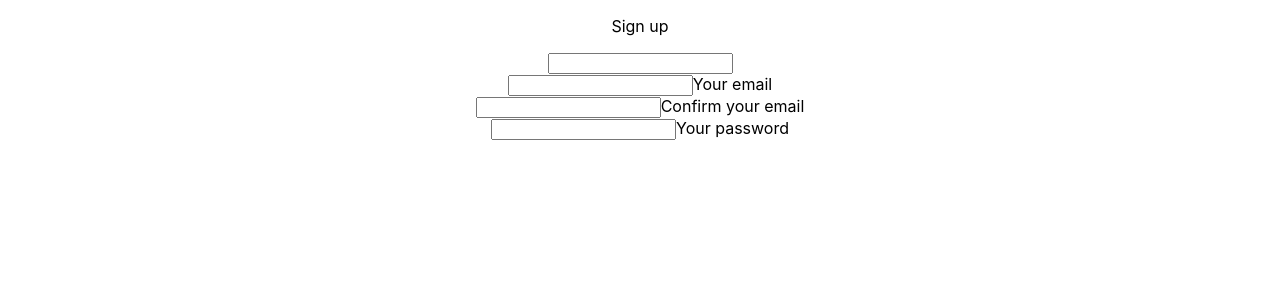
Repository: Rubin78/loginform
Page: /
An editor plug-in stored every save of this project. The page is shown before and after the next save, followed by the edit.
The browser window is 1280 px wide. The pictures show the whole page.
The project was rebuilt for these pictures with package versions that can differ from the ones it lists, and the page was loaded fresh each time. Also part of the build but not shown: src/loginform/loginform.js.

Above is the page before, as saved 2021-02-12 13:45:14.

### src/App.js
import logo from "./logo.svg";
import "./App.css";
import { BrowserRouter as Router, Switch, Route } from "react-router-dom";
import loginform from "./loginform/loginform";
import signupform from "./loginform/signupform";


function App() {
  return (
    <Router>
      <div className="App">
        <Switch>
          <Route exact path="/loginform" component={loginform} />
          <Route exact path="/" component={signupform} />

          <Route render={() => <h2>welcome to portfolio </h2>} />
        </Switch>
      </div>
    </Router>
  );
}

export default App;

### src/loginform/signupform.js
import React from "react";
import { MDBContainer, MDBRow, MDBCol, MDBBtn, MDBInput } from "mdbreact";
import { BrowserRouter as Router, Switch, Route ,Link} from "react-router-dom";


const FormPage = () => {
  return (
    <MDBContainer>
      <MDBRow>
        <MDBCol md="6">
          <form>
            <p className="h5 text-center mb-4">Sign up</p>
            <div className="grey-text">
              <input
                label="Your name"
                // icon="user"
                // group
                type="text"
                // validate
                // error="wrong"
                // success="right"
              />
              <MDBInput
                label="Your email"
                icon="envelope"
                group
                type="email"
                validate
                error="wrong"
                success="right"
              />
              <MDBInput
                label="Confirm your email"
                icon="exclamation-triangle"
                group
                type="text"
                validate
                error="wrong"
                success="right"
              />
              <MDBInput
                label="Your password"
                icon="lock"
                group
                type="password"
                validate
              />
            </div>
            <div className="text-center">
              {/* <li>
                <Link to="/login" onClick={this.gotosignupform}>
                  Login
                </Link>
              </li> */}
            </div>
          </form>
        </MDBCol>
      </MDBRow>
    </MDBContainer>
  );
};

export default FormPage;

Loaded but not shown: public/index.html (common file); src/index.js (common file); src/index.css (common file); src/reportWebVitals.js (common file); src/App.css (common file)

After the next save:
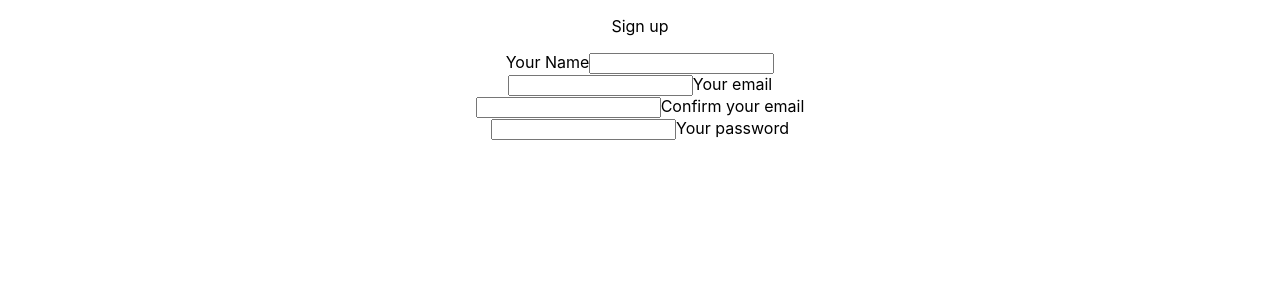
Saved 29 s later.
--- a/src/loginform/signupform.js
+++ b/src/loginform/signupform.js
@@ -11,6 +11,7 @@ const FormPage = () => {
           <form>
             <p className="h5 text-center mb-4">Sign up</p>
             <div className="grey-text">
+            <label for="fname">Your Name</label>
               <input
                 label="Your name"
                 // icon="user"
